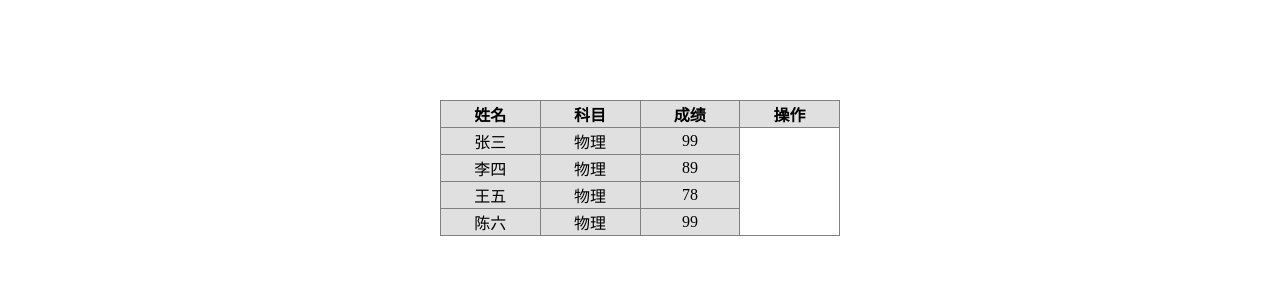
Repository: Sky0258/study
Page: js/10.动态生成表格.html
The author's editor kept a copy of each file at every save. The page is drawn from the files as they stood at one save, then again after the next save.
The browser window is 1280 px wide. The pictures show the whole page.

Above is the page before, as saved 2022-09-11 20:27:16.

### js/10.动态生成表格.html
<!DOCTYPE html>
<html lang="en">
<head>
    <meta charset="UTF-8">
    <meta http-equiv="X-UA-Compatible" content="IE=edge">
    <meta name="viewport" content="width=device-width, initial-scale=1.0">
    <title>Document</title>
</head>
<style>
    table {
        border-collapse: collapse;
        width: 400px;
        margin: 100px auto;
    }
    tr {
        background-color: #e0e0e0;
    }
    td {
        text-align: center;
    }

</style>
<body>
    <table border="true">
        <thead>
            <tr>
                <th>姓名</th>
                <th>科目</th>
                <th>成绩</th>
                <th>操作</th>
            </tr>
        </thead>
        <tbody>

        </tbody>
    </table>
</body>
<script>
    var data = [
        {
        name: '张三',
        subject: '物理',
        grade: 99
        },
        {
        name: '李四',
        subject: '物理',
        grade: 89
        },
        {
        name: '王五',
        subject: '物理',
        grade: 78
        },
        {
        name: '陈六',
        subject: '物理',
        grade: 99
        }
    ]
    var table = document.querySelector('table');

    for(var i = 0;i < data.length;i++) {
        var tr = document.createElement('tr');

        for(var j in data[i]) {
            var td = document.createElement('td');
            td.innerHTML = data[i][j];
            tr.appendChild(td);
            console.log(tr);
        }
        table.children[1].appendChild(tr);
    }
</script>
</html>

After the next save:
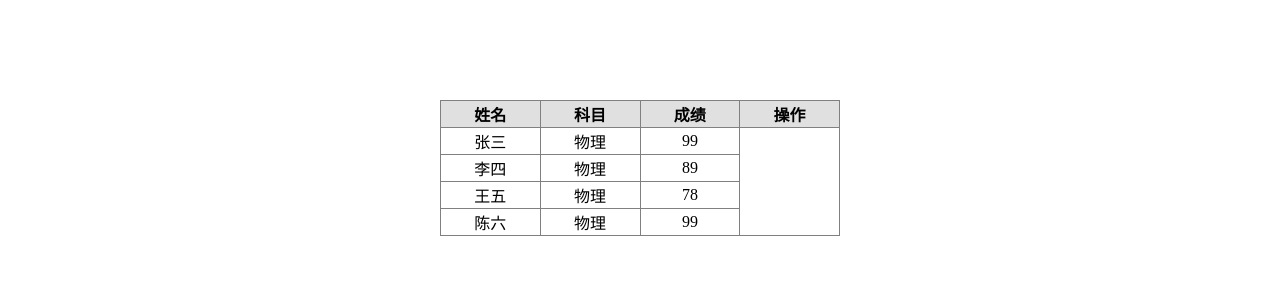
Saved 18 s later.
--- a/js/10.动态生成表格.html
+++ b/js/10.动态生成表格.html
@@ -12,7 +12,7 @@
         width: 400px;
         margin: 100px auto;
     }
-    tr {
+    thead tr {
         background-color: #e0e0e0;
     }
     td {
